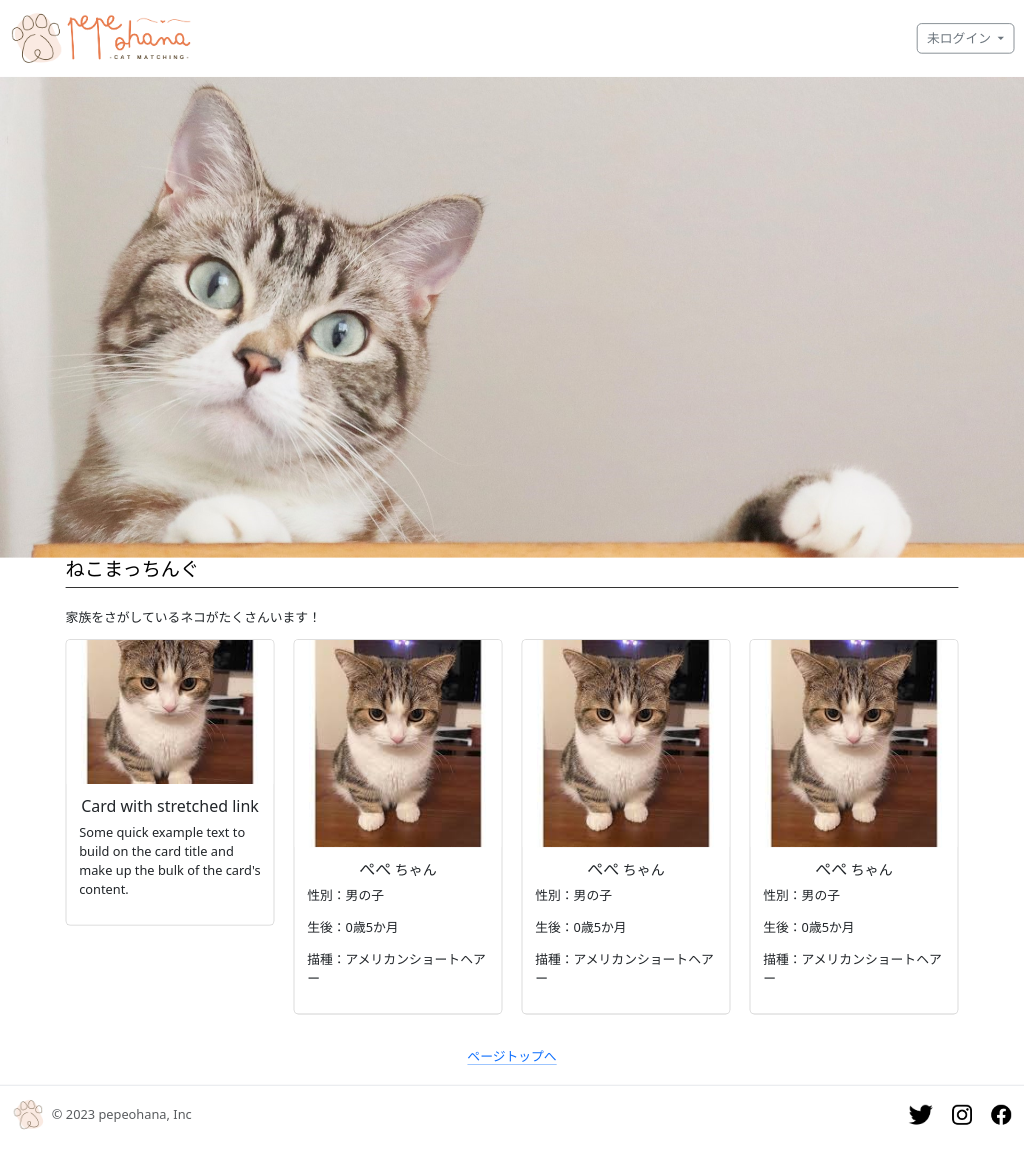
Repository: sakuwell/pepe
Page: http://localhost/PepeOhana/
The author's editor kept a copy of each file at every save. The page is drawn from the files as they stood at one save, then again after the next save.
The browser window is 1280 px wide. The pictures show the whole page, at 80% of full size.
The page is served by Tomcat 9. Other server files are loaded and not shown.

Above is the page before, as saved 2023-09-06 03:02:51.

### ExWorkSpace/PepeOhana/src/main/webapp/index.jsp
<%@ page language="java" contentType="text/html; charset=UTF-8"
    pageEncoding="UTF-8"%>
<%@ page import="model.UsersInfoDto" %>

<!DOCTYPE html>
<html lang="ja">
<head>
    <meta charset="UTF-8">
    <meta name="viewport" content="width=device-width, initial-scale=1.0">
    <!-- Bootstrap CSS -->
    <link href="https://cdn.jsdelivr.net/npm/bootstrap@5.3.0/dist/css/bootstrap.min.css" rel="stylesheet" integrity="sha384-9ndCyUaIbzAi2FUVXJi0CjmCapSmO7SnpJef0486qhLnuZ2cdeRhO02iuK6FUUVM" crossorigin="anonymous">
    <script src="https://cdn.jsdelivr.net/npm/bootstrap@5.3.0/dist/js/bootstrap.bundle.min.js" integrity="sha384-geWF76RCwLtnZ8qwWowPQNguL3RmwHVBC9FhGdlKrxdiJJigb/j/68SIy3Te4Bkz" crossorigin="anonymous"></script>
    <title>Top | pepeohana</title>
</head>

<%
    // セッションを取得
	UsersInfoDto userInfoOnSession = (UsersInfoDto)session.getAttribute("LOGIN_INFO");
	boolean isLoggedIn = false;
	String userName = "";
	//HttpSession mysession = request.getSession(true);

    // セッションが存在し、username属性もセットされている場合はログイン済み
    if (userInfoOnSession != null) {
		userName = userInfoOnSession.getUserName();
        isLoggedIn = true;
    }
%>

<body>
	<% if (isLoggedIn) { %>
    <!-- ログイン済ヘッダー -->
    <nav class="navbar navbar-expand-lg navbar-light bg-white">
        <div class="container-fluid">
            <a class="navbar-brand" href="#">
                <img src="images/pepe_ohana_logo.png" alt="ページロゴ" width="auto" height="70">
            </a>
            <div class="btn-group">
                <button type="button" class="btn btn-secondary dropdown-toggle" data-bs-toggle="dropdown" aria-expanded="false">
                    userName
                </button>
                <ul class="dropdown-menu dropdown-menu-end">
                    <li><a class="dropdown-item" href="<%=request.getContextPath()%>/ExeMyPage">マイページ</a></li>
                    <li><a class="dropdown-item" href="<%=request.getContextPath()%>/ExeLogout">ログアウト</a></li>
                </ul>
            </div>
        </div>
    </nav>
    <!-- ログイン済ヘッダーここまで -->
    <% } else { %>
    <!-- 未ログインヘッダー -->
    <nav class="navbar navbar-expand-lg navbar-light bg-white">
    	<div class="container-fluid">
        	<a class="navbar-brand" href="#">
          		<img src="images/pepe_ohana_logo.png" alt="ページロゴ" width="auto" height="70">
          	</a>
         	<div class="btn-group">
            	<button type="button" class="btn btn-outline-secondary dropdown-toggle" data-bs-toggle="dropdown" aria-expanded="false">
             		 未ログイン
            	</button>
            	<ul class="dropdown-menu dropdown-menu-end">
              		<li><a class="dropdown-item" href="WEB-INF/view/Login.jsp">ログイン</a></li>
              		<li><a class="dropdown-item" href="view/registUser.jsp">新規ユーザー登録</a></li>
            	</ul>
          	</div>
        </div>
    </nav>
    <!-- 未ログインヘッダーここまで -->
    <% } %>


    <!-- ヒーロー画像 -->
    <img src="images/hero_1.jpg" class="img-fluid" alt="top画像">

    <!-- ここから下　ページごとの内容 -->
    <div>
        <!-- 検索フォームゾーン -->
        <div class="container">
            <div class="h4 pb-2 mb-4 text-black border-bottom border-black">
                ねこまっちんぐ
            </div>
                <p>家族をさがしているネコがたくさんいます！</p>
            <!-- 猫カード -->
            <div class="row">
 				<!-- カードのコンテンツ -->
               <!-- カードのコンテンツ -->
               <div class="col-6 col-md-4 col-lg-3">
                    <div class="card mb-3">
                        <img src="images/cat_1.jpg" style="height:180px; width: 100%; object-fit: cover;" class="card-img-top" alt="猫画像">
                        <div class="card-body">
                            <h5 class="card-title text-center">Card with stretched link</h5>
                            <p class="card-text text-right">Some quick example text to build on the card title and make up the bulk of the card's content.</p>
                            <div class="d-flex justify-content-center">
                                <a href="#" class="stretched-link"></a>
                            </div>
                        </div>
                    </div>
                </div>
 				<!-- カードのコンテンツ -->
                <div class="col-6 col-md-4 col-lg-3">
                    <div class="card mb-3">
                        <img src="images/ねこ_1.jpg" class="card-img-top" alt="猫画像" style="width:100%">
                        <div class="card-body">
                            <h5 class="card-title text-center">ぺぺ<small> ちゃん</small></h5>
                            <p class="card-text text-right">性別：男の子</p>
                            <p class="card-text text-right">生後：0歳5か月</p>
                            <p class="card-text text-right">描種：アメリカンショートヘアー</p>
                            <div class="d-flex justify-content-center">
                                <a href="#" class="stretched-link"></a>
                            </div>
                        </div>
                    </div>
                </div>
				<!-- カードのコンテンツ -->
                <div class="col-6 col-md-4 col-lg-3">
                    <div class="card mb-3">
                        <img src="images/ねこ_1.jpg" class="card-img-top" alt="猫画像" style="width:100%">
                        <div class="card-body">
                            <h5 class="card-title text-center">ぺぺ<small> ちゃん</small></h5>
                            <p class="card-text text-right">性別：男の子</p>
                            <p class="card-text text-right">生後：0歳5か月</p>
                            <p class="card-text text-right">描種：アメリカンショートヘアー</p>
                            <div class="d-flex justify-content-center">
                                <a href="#" class="stretched-link"></a>
                            </div>
                        </div>
                    </div>
                </div>
                <!-- カードのコンテンツ -->
                <div class="col-6 col-md-4 col-lg-3">
                    <div class="card mb-3">
                        <img src="images/ねこ_1.jpg" class="card-img-top" alt="猫画像" style="width:100%">
                        <div class="card-body">
                            <h5 class="card-title text-center">ぺぺ<small> ちゃん</small></h5>
                            <p class="card-text text-right">性別：男の子</p>
                            <p class="card-text text-right">生後：0歳5か月</p>
                            <p class="card-text text-right">描種：アメリカンショートヘアー</p>
                            <div class="d-flex justify-content-center">
                                <a href="#" class="stretched-link"></a>
                            </div>
                        </div>
                    </div>
                </div>
            </div>
        </div>
    </div>
    <!-- ここまで　ページごとの内容 -->

    <!-- フッター -->
    <div class="text-center mt-4">
        <a class="icon-link icon-link-hover" href="#">
            ページトップへ
        </a>
	</div>
	<footer class="d-flex flex-wrap justify-content-between align-items-center py-3 my-4 border-top">
    	<div class="col-md-4 d-flex align-items-center ms-3">
        	<a href="#" class="mb-3 me-2 mb-md-0"><img alt="ロゴ画像" src="images/nikukyu_logo.png" width="auto" height="40"></a>
          	<span class="mb-3 mb-md-0 text-body-secondary">© 2023 pepeohana, Inc</span>
        </div>
        <ul class="nav col-md-4 justify-content-end list-unstyled d-flex me-3">
            <li><a href="#"><img src=images/twitter_logo.png width="auto" height="25"></a></li>
            <li class="ms-4"><a href="#"><img src=images/insta_logo.png width="auto" height="25"></a></li>
            <li class="ms-4"><a href="#"><img src=images/facebook_logo.png width="auto" height="25"></a></li>
        </ul>
	</footer>
    <!-- フッター　ここまで -->

</body>
</html>

After the next save:
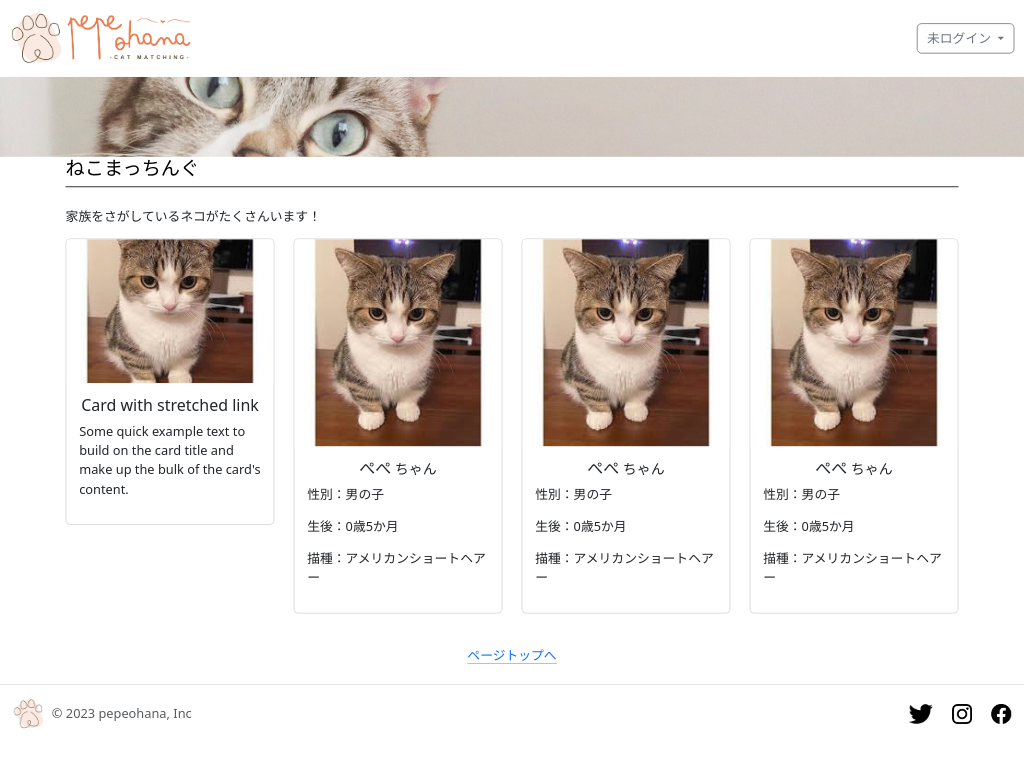
Saved 2 min 21 s later.
--- a/ExWorkSpace/PepeOhana/src/main/webapp/index.jsp
+++ b/ExWorkSpace/PepeOhana/src/main/webapp/index.jsp
@@ -70,7 +70,7 @@
 
 
     <!-- ヒーロー画像 -->
-    <img src="images/hero_1.jpg" class="img-fluid" alt="top画像">
+    <img class="img-fluid" src="images/hero_1.jpg"  alt="top画像" style="max-height:100px; width:100%; object-fit: cover;">
 
     <!-- ここから下　ページごとの内容 -->
     <div>
